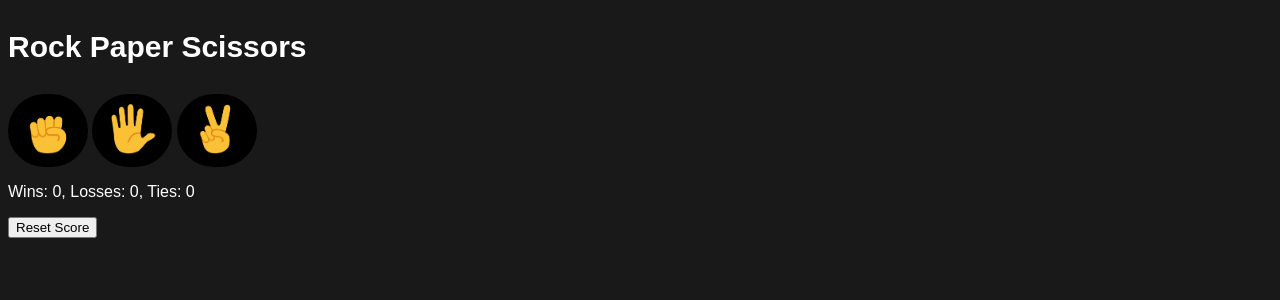
Repository: Samkiroko/Javascript-course
Page: 10-rock-paper-scissior.html
These files come from the project's save history. The page is drawn as it stood at one moment and after the next save; the edit follows.
The browser window is 1280 px wide. The pictures show the whole page.

Above is the page before, as saved 2023-08-28 11:23:48.

After the next save:
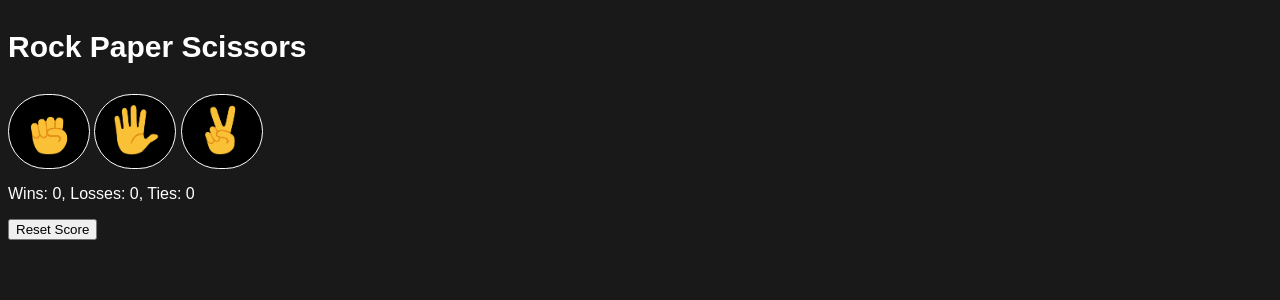
Saved 47 s later.
--- a/10-rock-paper-scissior.html
+++ b/10-rock-paper-scissior.html
@@ -16,7 +16,7 @@
         height: 50px;
       }
       .move-button {
-        border: none;
+        border: 1px solid white;
         background-color: black;
         color: white;
         padding-top: 10px;
